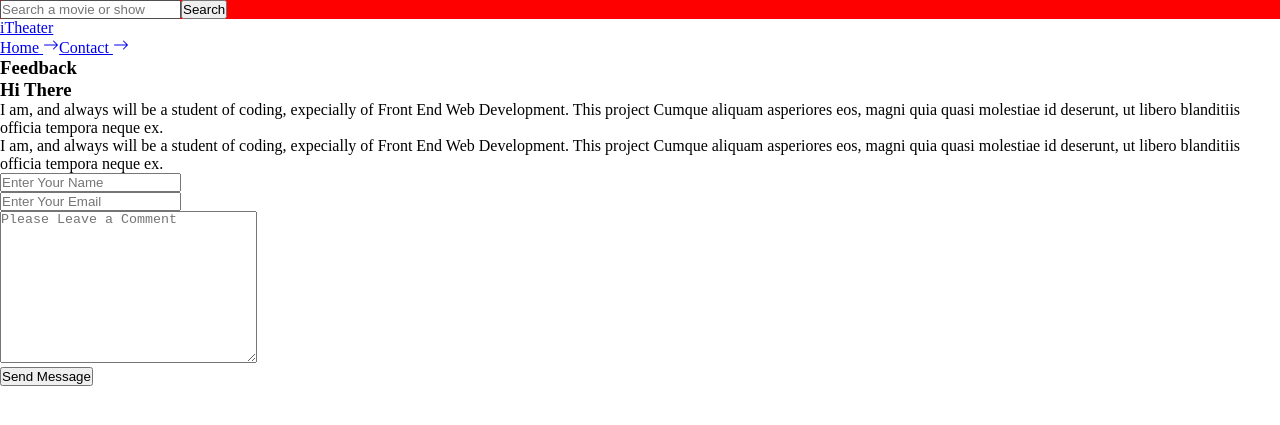
Repository: just-mann/itheater
Page: /contact
The author's editor kept a copy of each file at every save. The page is drawn from the files as they stood at one save, then again after the next save.
The browser window is 1280 px wide. The pictures show the whole page.
The page's requests for data from a server got no answer. Some web fonts or font styles are not loaded; a fallback is used. The project was rebuilt for these pictures with package versions that can differ from the ones it lists, and the page was loaded fresh each time. No one was signed in, and anything a server would have sent is missing. Also part of the build but not shown: src/components/MovieDetail.js, src/components/ShowList.js.

Above is the page before, as saved 2021-07-17 05:33:40.

After the next save:
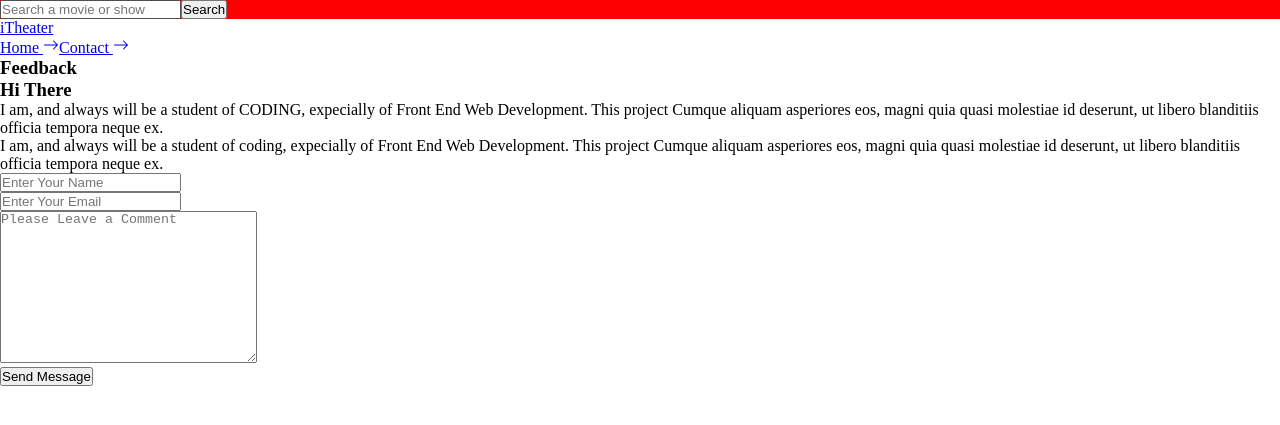
Saved 8 s later.
--- a/src/components/Contact.js
+++ b/src/components/Contact.js
@@ -35,7 +35,7 @@ const Contact = () => {
                     <div className="contactDet">
                         <h3>Hi There</h3>
                         <p>
-                            I am, and always will be a student of <span>coding</span>, expecially of
+                            I am, and always will be a student of <span>CODING</span>, expecially of
                             <span> Front End Web Development</span>. This project
                             Cumque aliquam asperiores eos,
                             magni quia quasi molestiae id deserunt, ut
